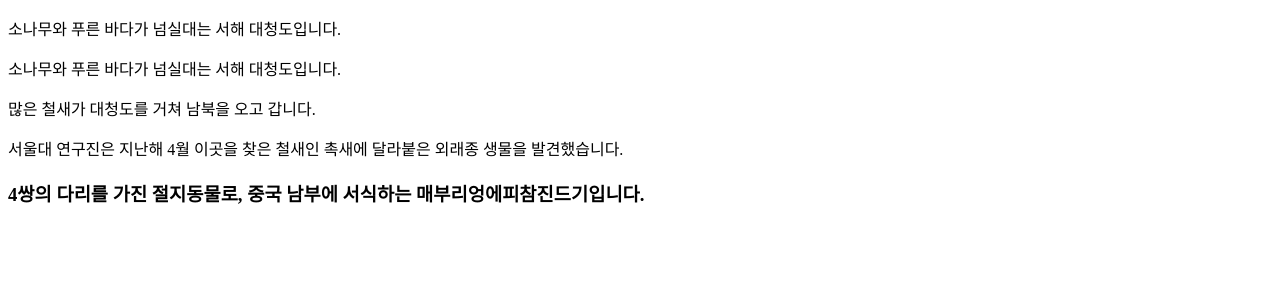
Repository: suhong99/JqueryLecture
Page: sample01/src/main/webapp/index3.html
These files come from the project's save history. The page is drawn as it stood at one moment and after the next save; the edit follows.
The browser window is 1280 px wide. The pictures show the whole page.
After loading, the first visible `p.cls` was clicked once.

Above is the page before, as saved 2023-06-26 02:37:42.

After the next save:
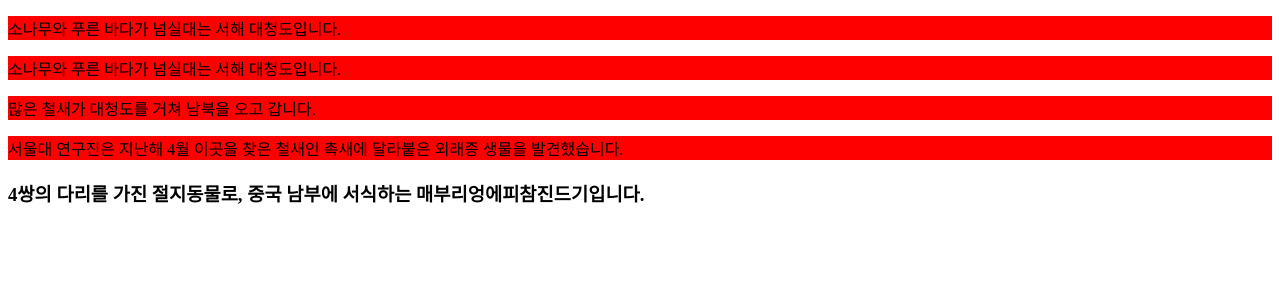
Saved 3 min 17 s later.
--- a/sample01/src/main/webapp/index3.html
+++ b/sample01/src/main/webapp/index3.html
@@ -31,9 +31,17 @@
 });
  */
 
- $("div .cls").on("click", function(){
+
+ /* $("div .cls").on("click", function(){
 	 console.log($(this).text());
  });
-</script>
+ */
+
+
+ // p 태그르르 클릭하면, background-color -> red
+ $("p").click(function(){
+	$("p").css("background-color", "red");
+ });
+ </script>
 </body>
 </html>
